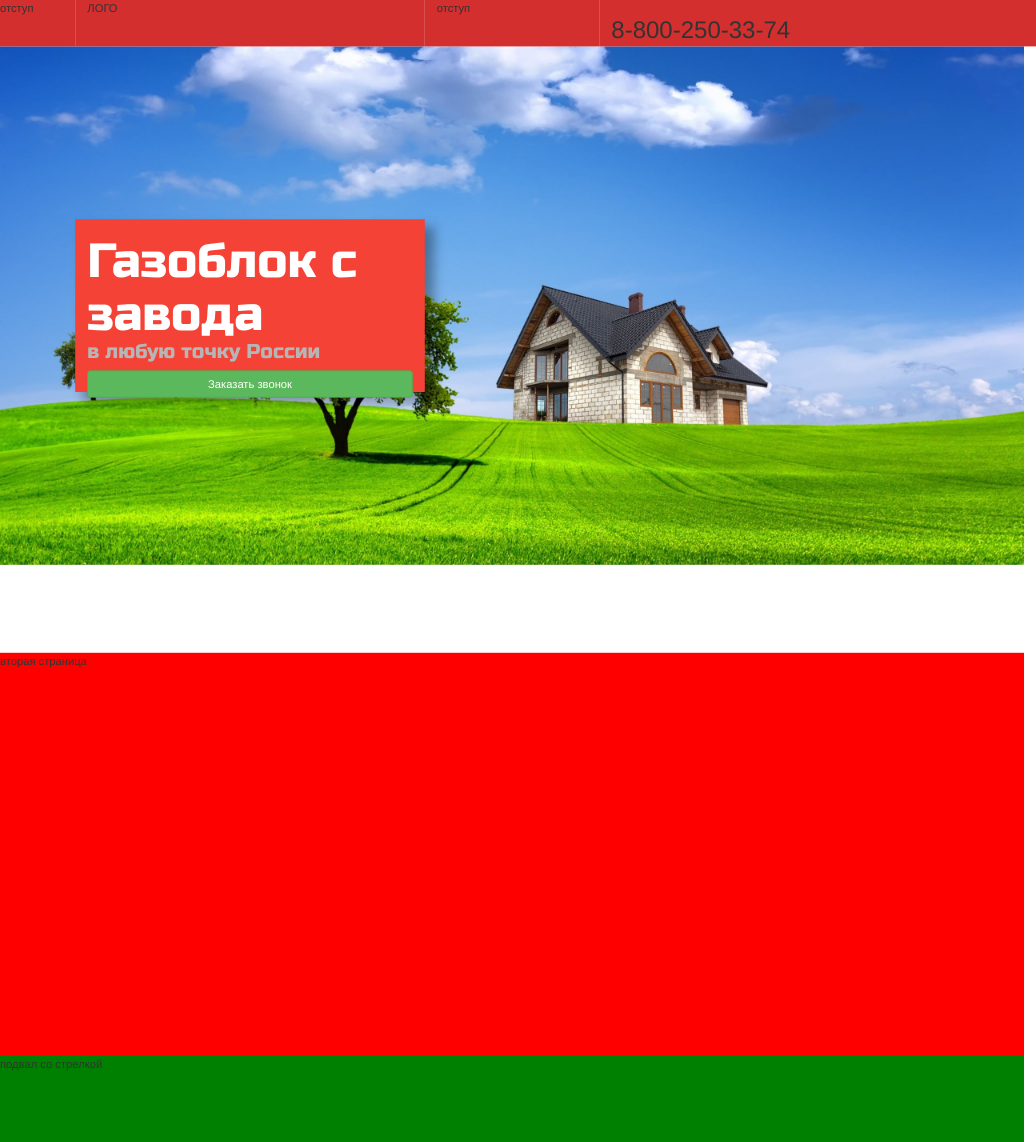
Repository: greenwtch/block
Page: index.html
The author's editor kept a record of every edit. The page is drawn from the files as they stood at one moment, then again after the next edit.
The browser window is 1280 px wide. The page is 1295 px wide, so the pictures cover 1295 px, including what lies to the right of the window. The pictures show the whole page, at 80% of full size.
Some web libraries are served in a nearby version.

Above is the page before.

After the next edit:
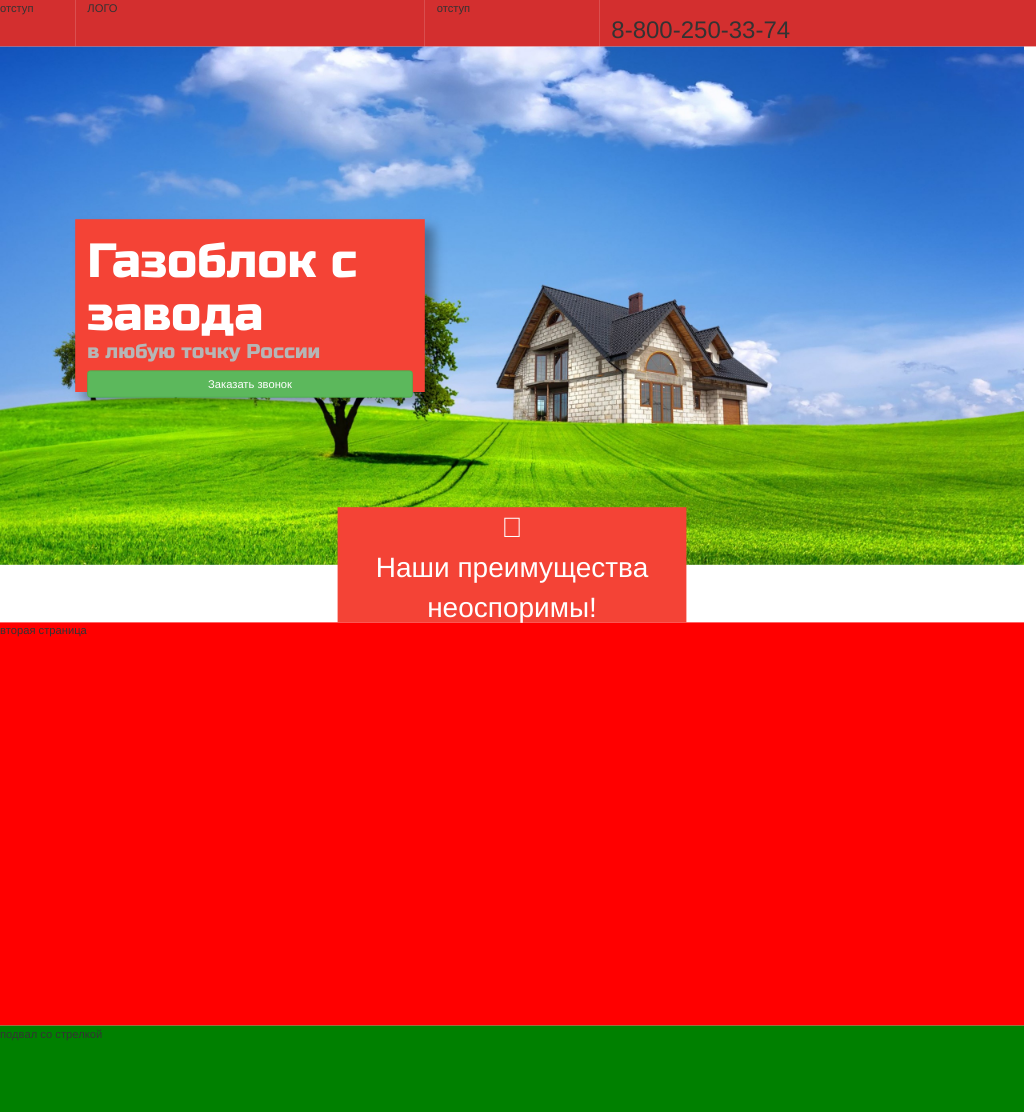
The edit:
--- a/index.html
+++ b/index.html
@@ -54,8 +54,8 @@
 
     <div class="container-fluiid">
         <div class="row">
-                <div class="col-lg-4 col-lg-offset-4">
-                   <p id="footerText">Наши преимущества неоспоримы!</p>
+                <div class="col-lg-4 col-lg-offset-4 body1footer">
+                   <p id="footerText"><span class="glyphicon-chevron-down strelka"></span><br> Наши преимущества неоспоримы!</p>
                 </div>
         </div>
     </div>
